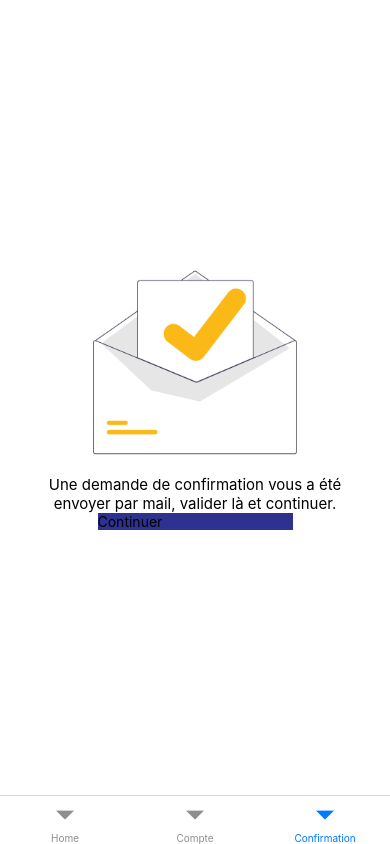
Repository: Norlan-20/Last-Afrilink
Screen: /Confirmation
The author's editor kept a copy of each file at every save. The screen is drawn from the files as they stood at one save, then again after the next save.
The app was drawn by React Native's web renderer in a window 390 px wide. The project was rebuilt for these pictures with package versions that can differ from the ones it lists, and the page was loaded fresh each time. Also part of the build but not shown: screen/User.js.

Above is the screen before, as saved 2021-09-24 22:17:55.

After the next save:
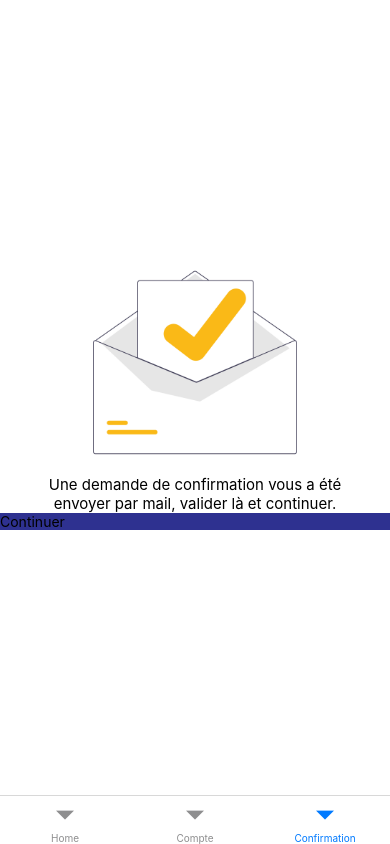
Saved 5 s later.
--- a/component/button.js
+++ b/component/button.js
@@ -7,7 +7,7 @@ const primary = '#2e3190';
 
 export const Continuer = () => {
     return(
-        <TouchableOpacity style={{ backgroundColor: primary, width: width / 2 }}>
+        <TouchableOpacity style={{ backgroundColor: primary, width: width }}>
             <Text>Continuer</Text>
         </TouchableOpacity>
     );
